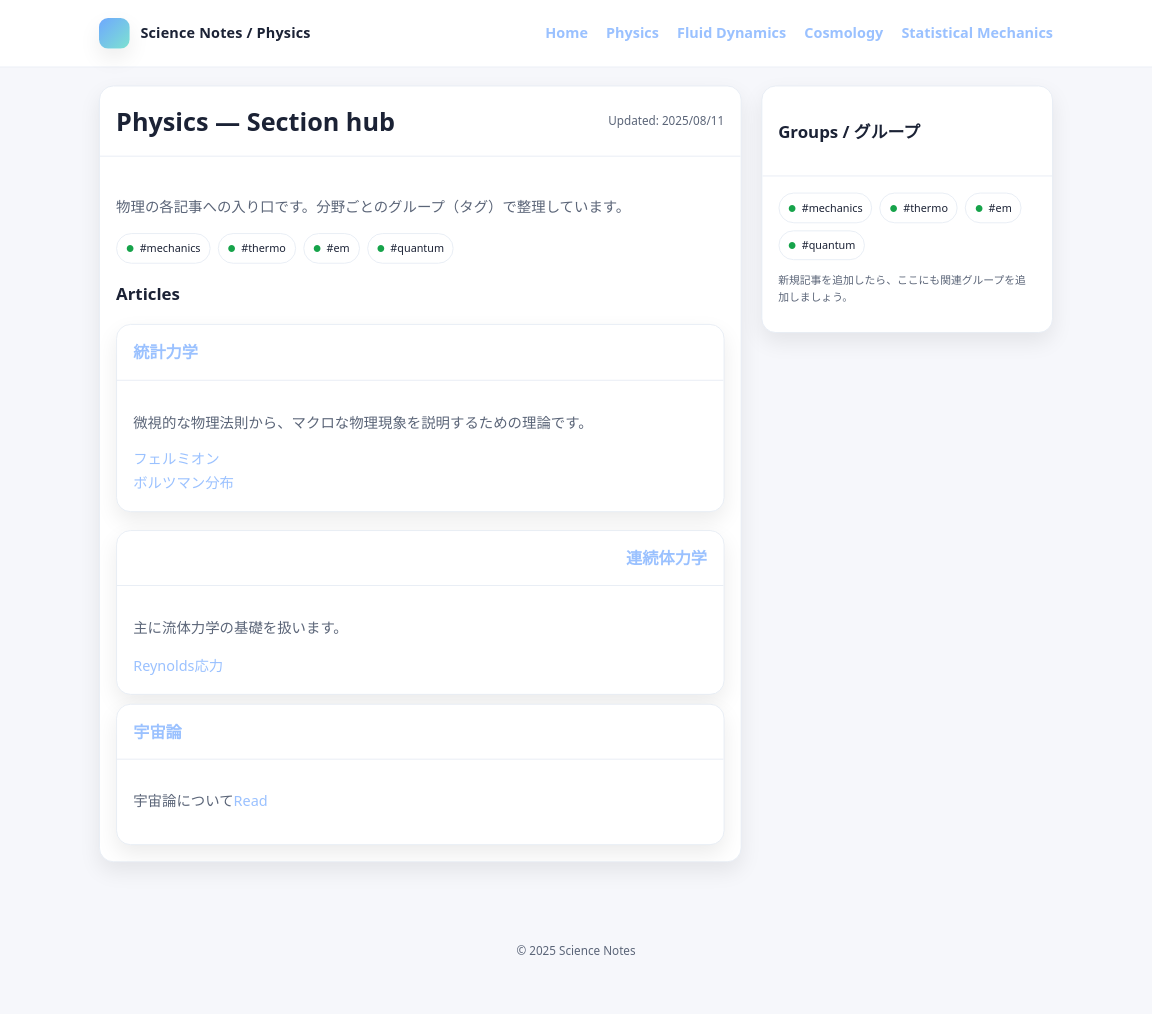
Repository: Riki-Mochimaru/tureduretunedune
Page: physics/index.html
These files come from the project's save history. The page is drawn as it stood at one moment and after a run of saves; the edit follows.
The browser window is 1280 px wide. The pictures show the whole page, at 90% of full size.

Above is the page before, as saved 2025-08-12 00:04:23.

### physics/index.html
<!-- ===============================
     FILE 1: physics/index.html — Physics section hub
     Save this as: /physics/index.html
     (American English in code comments; British English in visible prose.)
================================== -->
<!DOCTYPE html>
<html lang="ja">
<head>
  <meta charset="utf-8" />
  <meta name="viewport" content="width=device-width, initial-scale=1" />
  <title>Physics — Science Notes</title>
  <link rel="stylesheet" href="../assets/styles.css"><!-- shared CSS -->
</head>
<body>
  <header class="site">
    <div class="shell row">
      <div class="brand"><div class="brand-badge"></div><div>Science Notes / Physics</div></div>
      <nav>
        <a href="../">Home</a>
        <a href="./">Physics</a>
        <a href="FluidDynamics/">Fluid Dynamics</a>
        <a href="Cosmology/">Cosmology</a>
        <a href="SM/">Statistical Mechanics</a>
      </nav>
    </div>
  </header>

  <main class="shell">
    <section class="grid" aria-label="Physics articles and sidebar">
      <div>
        <article class="card post">
          <div class="hd">
            <h2>Physics — Section hub</h2>
            <div class="meta"><span>Updated: <time data-auto-updated datetime="">—</time>
            </span></div>
          </div>
          <div class="bd">
            <p class="lead">物理の各記事への入り口です。分野ごとのグループ（タグ）で整理しています。</p>
            <div class="tags">
              <span class="tag" data-g="phys">#mechanics</span>
              <span class="tag" data-g="phys">#thermo</span>
              <span class="tag" data-g="phys">#em</span>
              <span class="tag" data-g="phys">#quantum</span>
            </div>

            <!-- Article list (add more <article> blocks or <li> items) -->
            <h3>Articles</h3>
            <div class="list">
                <article class="card">
                    <div class="hd"><h2 style="font-size:18px; margin:0;">
                      <a href="SM/">統計力学</a>
                    </h2></div>
                    <div class="bd">
                      <!-- <div class="meta"><span>Topic: Fluid Dynamics</span></div> -->
                      <p class="lead">微視的な物理法則から、マクロな物理現象を説明するための理論です。
                     <div>
                        <a href="SM/Fermion.html">フェルミオン</a>
                    </div>
                    <div>
                        <a href="SM/Boltzmann.html">ボルツマン分布</a>
                    </div>
                    <div> <a href="SM/Boson"</div>

                  </article>
              <article class="card">
                <div class="hd"><h2 style="font-size:18px; margin:0;">
                  <a href="FluidDynamics/">連続体力学</a>
                </h2></div>
                <div class="bd">
                  <!-- <div class="meta"><span>Topic: Fluid Dynamics</span></div> -->
                  <p class="lead">主に流体力学の基礎を扱います。
                 <div>
                    <a href="FluidDynamics/ReynoldsTensil.html">Reynolds応力</a>
                </div>
                </div>

              </article>

              <article class="card">
                <div class="hd"><h2 style="font-size:18px; margin:0;">
                  <a href="Cosmology/">宇宙論</a>
                </h2></div>
                <div class="bd">
                  <!-- <div class="meta"><span>Topic: Mechanics</span></div> -->
                  <p class="lead">宇宙論について<a href="Cosmology/">Read</a></p>
                  <!-- <div class="tags"><span class="tag" data-g="phys">#mechanics</span></div> -->
                </div>
              </article>
            </div>
          </div>
        </article>
      </div>

      <aside class="aside">
        <section class="card">
          <div class="hd"><h3>Groups / グループ</h3></div>
          <div class="bd">
            <div class="tags">
              <span class="tag" data-g="phys">#mechanics</span>
              <span class="tag" data-g="phys">#thermo</span>
              <span class="tag" data-g="phys">#em</span>
              <span class="tag" data-g="phys">#quantum</span>
            </div>
            <p class="hint">新規記事を追加したら、ここにも関連グループを追加しましょう。</p>
          </div>
        </section>
      </aside>
    </section>
  </main>

  <footer class="site"><div class="shell">© 2025 Science Notes</div></footer>

  <!-- MathJax (enable TeX rendering if you use TeX on this page) -->
  <script>
    window.MathJax = { tex: { inlineMath: [['$','$'], ['\\(','\\)']], displayMath: [['$$','$$'], ['\\[','\\]']] }, options: { renderActions: { addMenu: [] } } };
  </script>
  <script src="https://cdn.jsdelivr.net/npm/mathjax@3/es5/tex-mml-chtml.js" async></script>
</body>
</html>

<script>
    // Client-side: auto-fill "Updated" date from document.lastModified
    document.querySelectorAll('time[data-auto-updated]').forEach(t => {
      const d = new Date(document.lastModified);
      // ISO (yyyy-mm-dd)
      const iso = new Date(d.getTime() - d.getTimezoneOffset()*60000)
                    .toISOString().slice(0,10);
      t.setAttribute('datetime', iso);
      // Human-readable in Japanese (Asia/Tokyo)
      t.textContent = d.toLocaleDateString('ja-JP', {
        timeZone: 'Asia/Tokyo', year: 'numeric', month: '2-digit', day: '2-digit'
      });
    });
    </script>

### assets/styles.css
/* styles.css — Science Notes
   House style: British English prose; American English in code comments.
*/

/* =========================
   Design tokens
   ========================= */
   :root {
    --bg: #0b0c10;
    --surface: #0f1117;
    --card: #121520;
    --text: #e8ecf8;
    --subtle: #9aa3b2;
    --border: #1e2636;
    --brand: #6ea8fe;
    --accent: #7de2d1;
    --warn: #ffd166;
    --danger: #ff6b6b;
    --radius: 16px;
    --shadow: 0 10px 24px rgba(0,0,0,.35), 0 1px 0 rgba(255,255,255,.04) inset;
    --font-sans: ui-sans-serif, system-ui, -apple-system, Segoe UI, Roboto, Noto Sans JP, "Helvetica Neue", Arial;
    --font-mono: ui-monospace, SFMono-Regular, Menlo, Monaco, Consolas, "Liberation Mono", monospace;
  }
  @media (prefers-color-scheme: light) {
    :root {
      --bg: #f6f7fb; --surface: #ffffff; --card: #ffffff; --text: #1b2235; --subtle: #5b6578; --border: #e7ecf4;
      --shadow: 0 10px 24px rgba(0,0,0,.08);
    }
  }

  /* Base */
  *, *::before, *::after { box-sizing: border-box; }
  html, body { height: 100%; }
  body { margin: 0; font-family: var(--font-sans); background: var(--bg); color: var(--text); line-height: 1.6; }
  /* Accessible link look */
  a { color: #9ac1ff; text-decoration: none; }
  a:hover { text-decoration: underline; }

  /* Header */
  header.site { position: sticky; top: 0; z-index: 10; background: color-mix(in oklab, var(--surface) 92%, transparent); border-bottom: 1px solid var(--border); backdrop-filter: blur(6px); }
  .shell { max-width: 1100px; margin: 0 auto; padding: 20px; }
  .row { display: grid; grid-template-columns: 1fr auto; align-items: center; gap: 16px; }
  .brand { display: flex; align-items: center; gap: 12px; font-weight: 800; letter-spacing: .2px; }
  .brand-badge { width: 34px; height: 34px; border-radius: 10px; background: linear-gradient(135deg, var(--brand), var(--accent)); box-shadow: var(--shadow); }
  nav a { margin-left: 16px; font-weight: 600; }

  /* Layout */
  main { padding-top: 10px; }
  .grid { display: grid; grid-template-columns: 2.2fr 1fr; gap: 22px; align-items: start; }
  @media (max-width: 980px) { .grid { grid-template-columns: 1fr; } }

  /* Cards */
  .card { background: var(--card); border: 1px solid var(--border); border-radius: var(--radius); box-shadow: var(--shadow); overflow: clip; }
  .card .hd { padding: 16px 18px; border-bottom: 1px solid var(--border); display:flex; align-items:center; justify-content: space-between; }
  .card .bd { padding: 18px; }

  /* Tag/Group chips */
  .tags { display:flex; flex-wrap: wrap; gap: 8px; }
  .tag { --c: #334155; color: var(--text); font-size: 12px; padding: 6px 10px; border: 1px solid var(--border); border-radius: 999px; background: color-mix(in oklab, var(--card) 88%, transparent); }
  .tag[data-g="math"]   { --c: #2563eb; }
  .tag[data-g="phys"]   { --c: #16a34a; }
  .tag[data-g="cs"]     { --c: #a855f7; }
  .tag[data-g="stats"]  { --c: #eab308; }
  .tag[data-g="ethics"] { --c: #ef4444; }
  .tag::before { content: "●"; font-size: 10px; margin-right: 6px; color: var(--c); }

  /* Article */
  article.post { display: grid; gap: 10px; }
  article.post h2 { margin: 0; font-size: clamp(20px, 2.6vw, 28px); }
  .meta { color: var(--subtle); font-size: 13px; display:flex; gap: 12px; flex-wrap: wrap; }
  .lead { color: var(--subtle); }

  /* Math blocks (TeX text before JS render) */
  .math { font-family: var(--font-mono); background: color-mix(in oklab, var(--card) 90%, transparent); border: 1px dashed var(--border); border-radius: 10px; padding: 10px 12px; overflow:auto; }
  .eqno { float: right; color: var(--subtle); margin-left: 8px; }

  /* Comment UI (static) */
  .comments { margin-top: 8px; border-top: 1px dashed var(--border); padding-top: 10px; }
  .comment { display: grid; grid-template-columns: 40px 1fr; gap: 10px; padding: 12px 0; }
  .comment + .comment { border-top: 1px dashed var(--border); }
  .avatar { width: 40px; height: 40px; border-radius: 50%; background: linear-gradient(135deg, var(--brand), var(--accent)); display:grid; place-items:center; font-weight: 800; color: #0008; }
  .who { font-weight: 700; }
  .when { color: var(--subtle); font-size: 12px; }

  /* Simple form look (non-functional without JS/backend) */
  .form { display: grid; gap: 10px; background: color-mix(in oklab, var(--card) 90%, transparent); border: 1px solid var(--border); border-radius: 12px; padding: 12px; }
  .input, .textarea { width: 100%; padding: 10px 12px; border-radius: 10px; border: 1px solid var(--border); background: var(--surface); color: var(--text); outline: none; }
  .input:focus, .textarea:focus { box-shadow: 0 0 0 6px #2a5fff33; }
  .btn { display: inline-flex; align-items: center; justify-content: center; gap: 8px; padding: 10px 14px; font-weight: 700; border-radius: 10px; border: 1px solid var(--border); background: linear-gradient(180deg, var(--brand), #4d86f7); color: #fff; cursor: not-allowed; opacity: .8; }
  .hint { font-size: 12px; color: var(--subtle); }

  /* Aside */
  .aside .card + .card { margin-top: 18px; }
  .list { display: grid; gap: 10px; }

  /* Footer */
  footer.site { margin-top: 28px; color: var(--subtle); font-size: 13px; text-align: center; padding: 20px 0 40px; }

  /* Print */
  @media print {
    header.site, footer.site { display:none; }
    .card { box-shadow: none; border-color: #ccc; }
    a { color: #000; text-decoration: none; }
  }

After the next 3 saves:
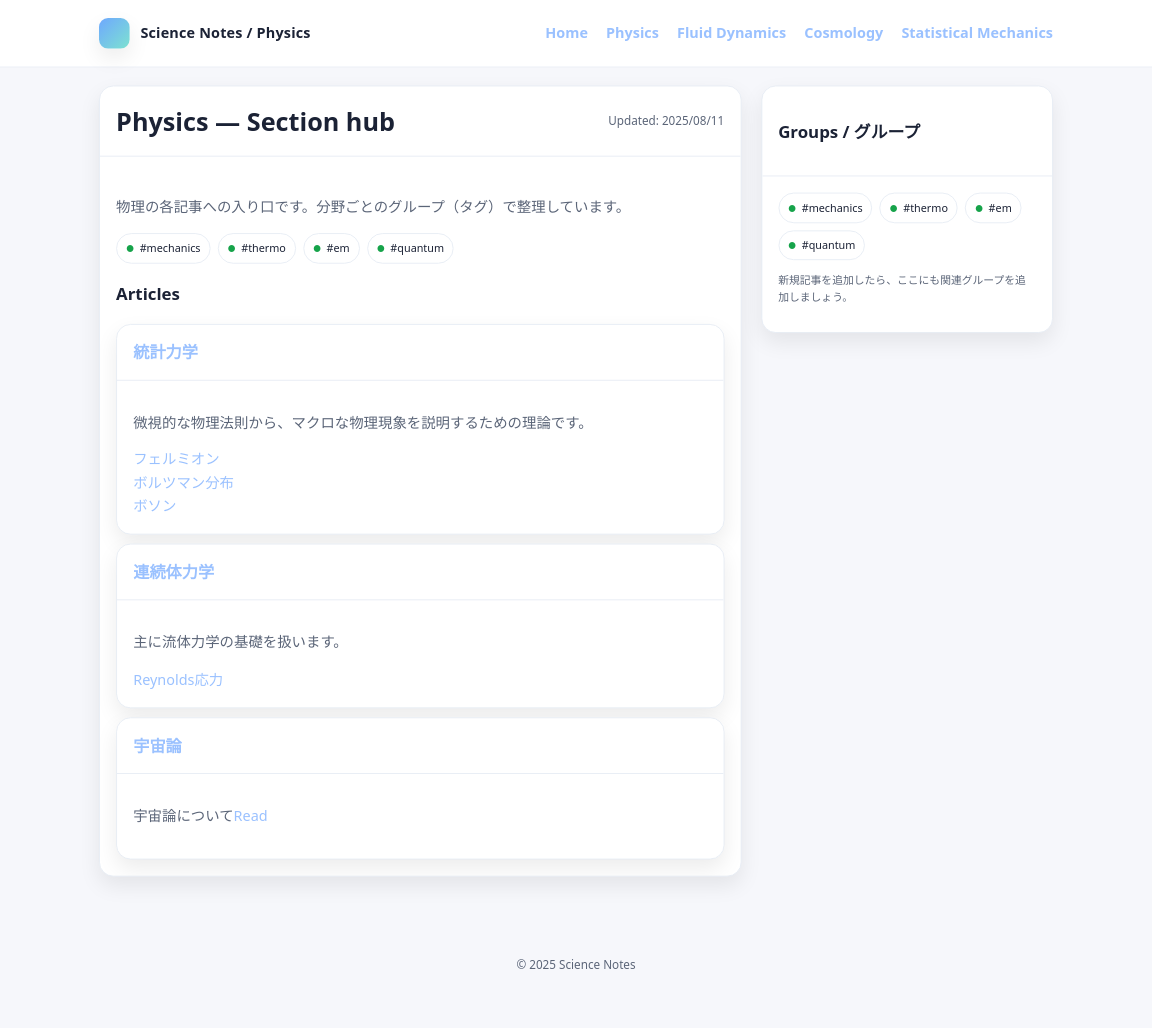
The 3 saves are shown as one change because they came seconds apart.
The last was saved 16 s later.
--- a/physics/index.html
+++ b/physics/index.html
@@ -59,7 +59,7 @@
                     <div>
                         <a href="SM/Boltzmann.html">ボルツマン分布</a>
                     </div>
-                    <div> <a href="SM/Boson"</div>
+                    <div> <a href="SM/Boson.html">ボソン</a></div>
 
                   </article>
               <article class="card">
